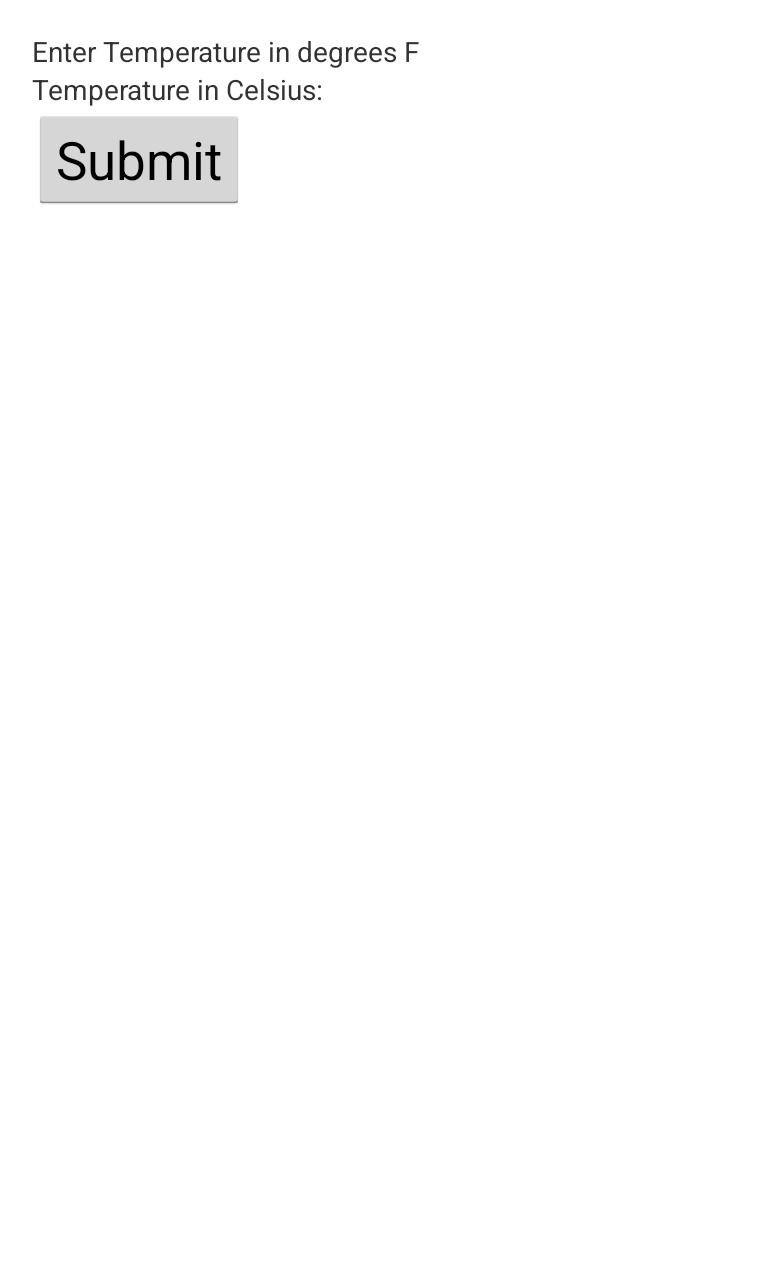
Repository: PatKelsh/IS-413
Layout: TempConverter/res/layout/activity_main.xml
An editor plug-in stored every save of this project. The layout is shown before and after the next save, followed by the edit.
It is drawn on a 768 x 1280 px phone screen (xhdpi) without system bars, with theme AppTheme; the app's code is not run.

Above is the layout before, as saved 2015-02-18 02:37:55.

After the next save:
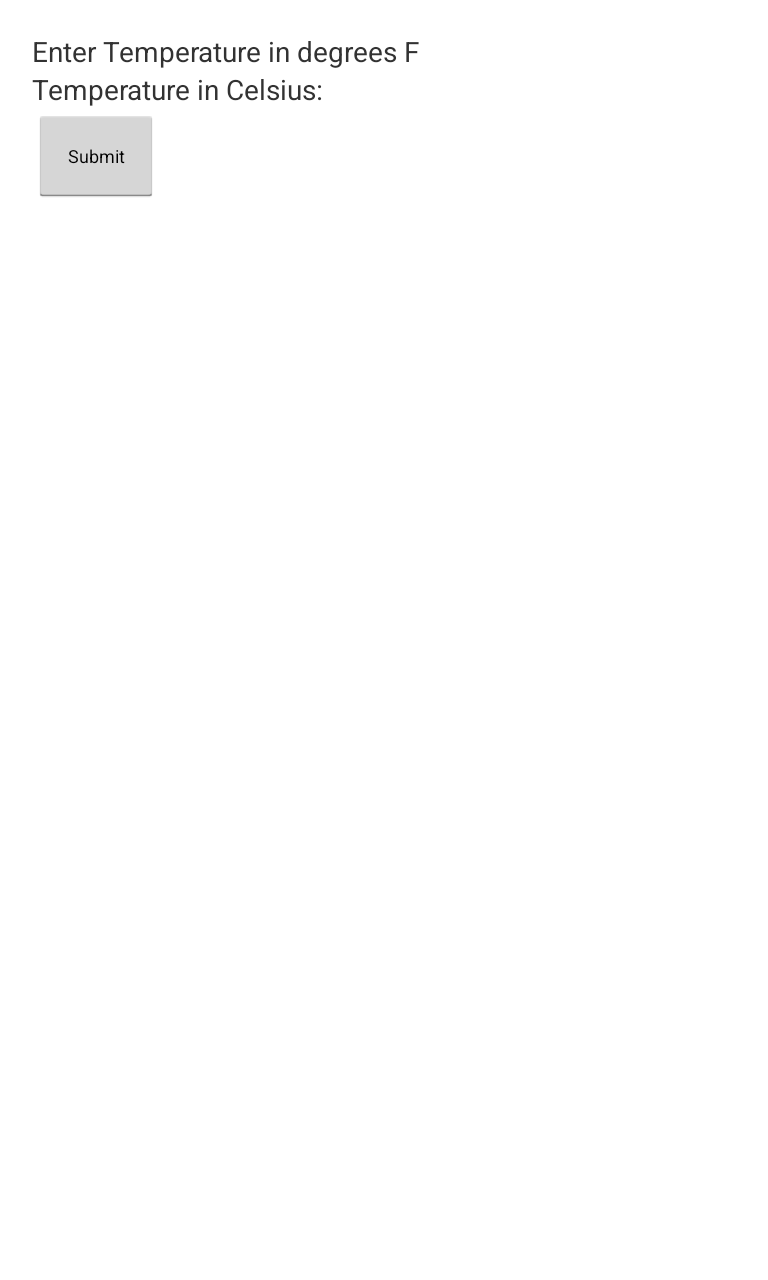
Saved 10 s later.
--- a/TempConverter/res/layout/activity_main.xml
+++ b/TempConverter/res/layout/activity_main.xml
@@ -25,6 +25,6 @@
         android:layout_width="wrap_content"
         android:layout_height="wrap_content"
         android:layout_below="@id/response"
-        android:textSize="12pt"
+        android:textSize="4pt"
         android:text="@string/submit" />
 </RelativeLayout>
